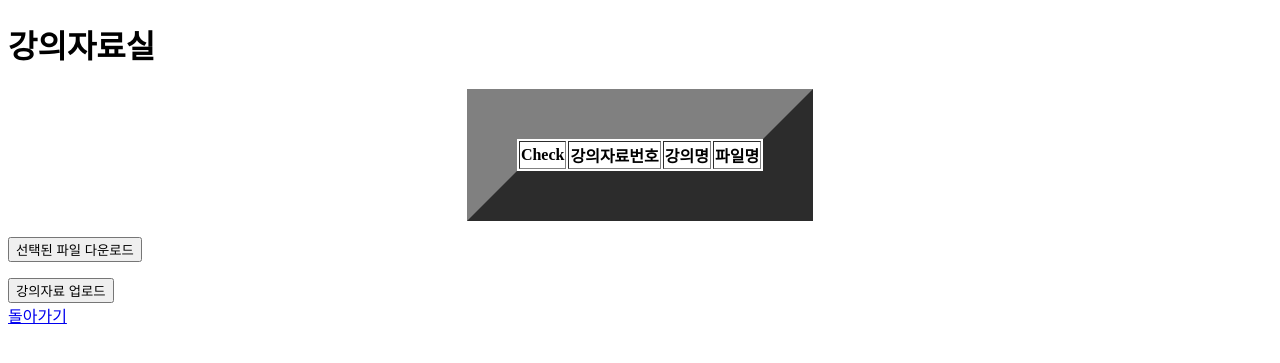
Repository: jungmintaeng/mini-ucampus
Page: http://localhost/ucam/LectureNote.jsp
The author's editor kept a copy of each file at every save. The page is drawn from the files as they stood at one save, then again after the next save.
The browser window is 1280 px wide. The pictures show the whole page.
The page is served by Tomcat 9. Other server files are loaded and not shown. Queries for data that is not in the repository find no rows.

Above is the page before, as saved 2016-06-13 11:47:00.

### ucam/WebContent/LectureNote.jsp
<%@ page language="java" contentType="text/html; charset=EUC-KR"
    pageEncoding="EUC-KR"%>
        <%@ page import="java.sql.*"%>
<%@ page import="java.io.*"%>
<!DOCTYPE html PUBLIC "-//W3C//DTD HTML 4.01 Transitional//EN" "http://www.w3.org/TR/html4/loose.dtd">
<html>
<head>
<meta http-equiv="Content-Type" content="text/html; charset=EUC-KR">
<title>Insert title here</title>
</head>
<body>
<%!
Connection con = null;
Statement st = null;
ResultSet rs = null;
String Course_name;
String Course_num;
int Note_num;
String FileName;
byte[] buffer;
String Filename;
String ID;
%>
<%
ID = (String)session.getAttribute("id");
try
{
	Class.forName("com.mysql.jdbc.Driver");
	con = DriverManager.getConnection("jdbc:mysql://localhost/ucampus", "root", "1234");

if(con == null)
	out.println("Mang.....");
}
catch(SQLException ex)
{
	out.println("<script>alert('sql err...');</script>");
}
catch(Exception ex)
{
	out.println("<script>alert('what?...');</script>");
}
	Course_num = request.getParameter("course");
	try
	{
	st = con.createStatement();
	rs = st.executeQuery("select C.Course_name,L.Note_num,L.FileName from lecture_note AS L ,course AS C where C.Course_number = L.Course_num AND L.Course_num = " + Course_num);
	}
	catch(SQLException ex)
	{
		out.println("<script>alert('sql err...');</script>");
	}
	catch(Exception ex)
	{
		out.println("<script>alert('what?...');</script>");
	}

	if(rs == null)
	{
		out.println("<script>alert('null');</script>");
	}
	%>
	<form action="Download.jsp">
		<h1>강의자료실</h1>
		<table summary="게시판 목록" border=50 align="center">
			<thead>
				<tr>
					<th>Check</th>
					<th>강의자료번호</th>
					<th>강의명</th>
					<th>파일명</th>

				</tr>
			</thead>
			<tbody>
				<%
				if(rs != null)
				{
					try
					{
						while(rs.next())
						{
							Course_name = rs.getString(1);
							Note_num = rs.getInt(2);
							FileName = rs.getString(3);
							out.println("<tr> <td><input type='radio' name='filename' value='"+ FileName +" "+ Note_num +"'></td> <td>" + Note_num + "</td><td>"+ Course_name +"</td><td>"+ FileName +"</td> </tr>");
						}
					}
					catch(SQLException ex)
					{
						out.println(ex);
					}
					catch(Exception ex)
					{}
				}
				%>
			</tbody>
		</table>
		<p>
			<input class="btn" type="submit" name="" value="선택된 파일 다운로드" />
		</p>
	</form>

	<form action = "UpSetting.jsp">
		<input type ="hidden" name="course" value="<%=Course_name%>">
		<input class="lecture_note_btn" type="submit" name="upload" value="강의자료 업로드" />
	</form>

	<a href="javascript:history.go(-1)">돌아가기</a>
</body>
</html>

After the next save:
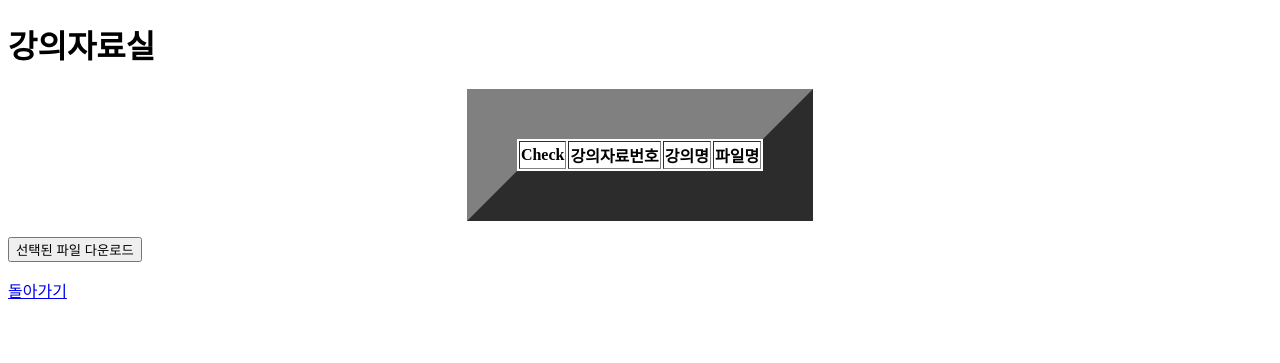
Saved 5 s later.
--- a/ucam/WebContent/LectureNote.jsp
+++ b/ucam/WebContent/LectureNote.jsp
@@ -100,11 +100,6 @@ catch(Exception ex)
 		</p>
 	</form>
 
-	<form action = "UpSetting.jsp">
-		<input type ="hidden" name="course" value="<%=Course_name%>">
-		<input class="lecture_note_btn" type="submit" name="upload" value="강의자료 업로드" />
-	</form>
-
 	<a href="javascript:history.go(-1)">돌아가기</a>
 </body>
 </html>
